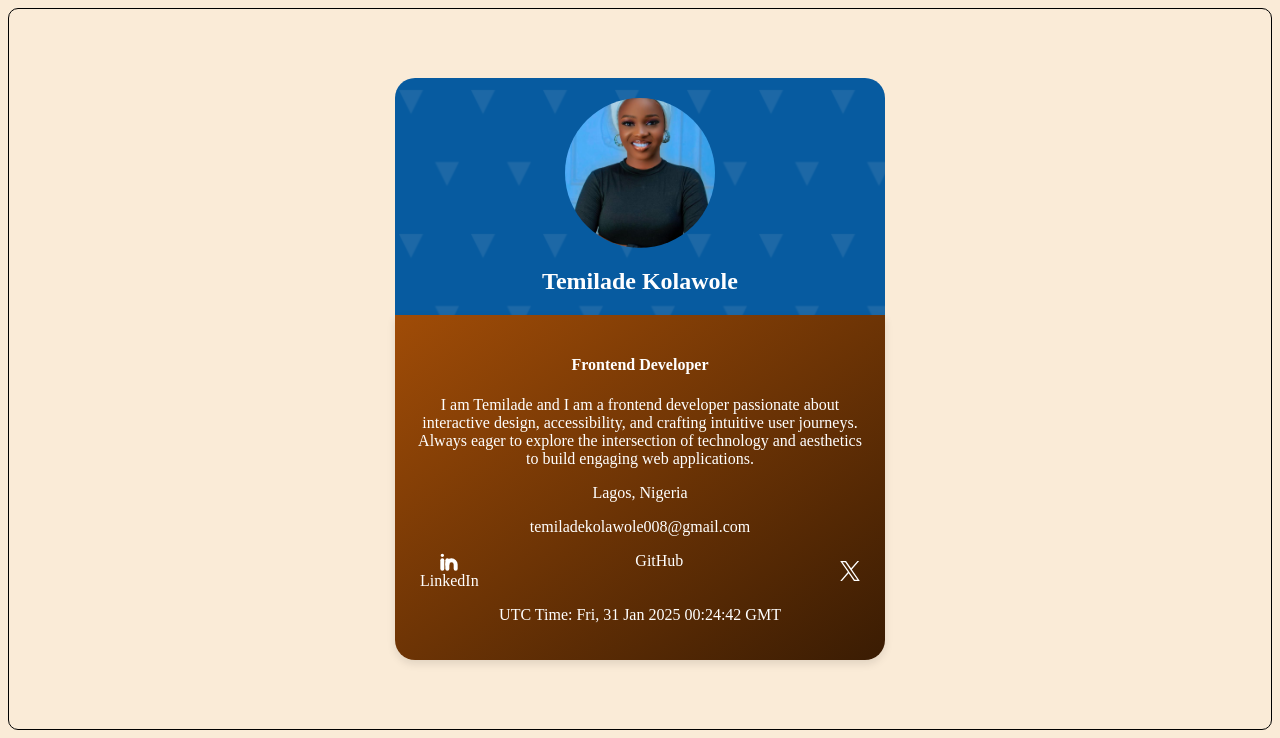
Repository: KolawoleTemilade/ticket-guarantor
Page: profilecard/index..html
An editor plug-in stored every save of this project. The page is shown before and after the next save, followed by the edit.
The browser window is 1280 px wide. The pictures show the whole page.

Above is the page before, as saved 2025-02-05 01:05:51.

After the next save:
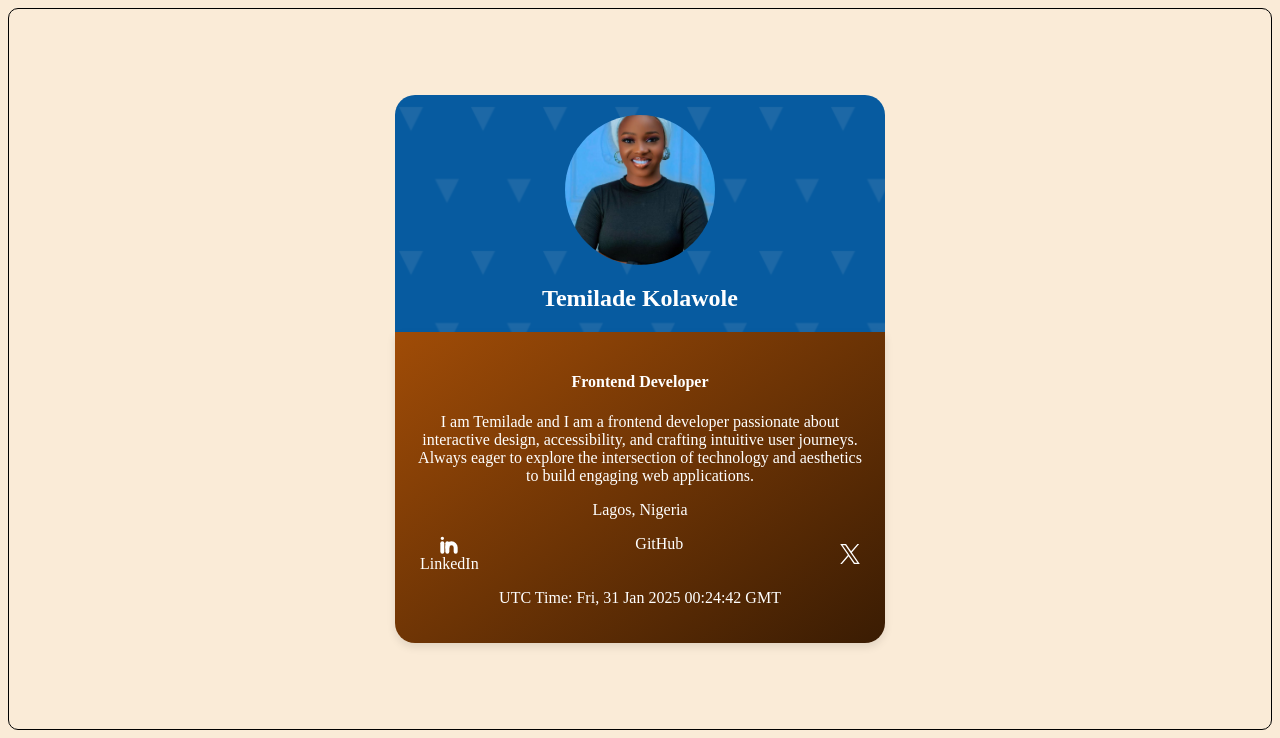
Saved 2 min 0 s later.
--- a/profilecard/index..html
+++ b/profilecard/index..html
@@ -20,11 +20,7 @@
             the intersection of technology and aesthetics to build engaging web applications.
         </p>
         <p data-testid="currentLocation">Lagos, Nigeria</p>
-        <p data-testid="emailAddress">
-            <a href="mailto:temiladekolawole008@gmail.com" target="_blank">
-                temiladekolawole008@gmail.com
-            </a>
-        </p>
+
         <div class="social-links" data-testid="socialLinks">
 
             <a href="https://linkedin.com/in/temiladekolawole13" target="_blank" class="socials"> <img src="./asset/linkedin.svg" alt="">LinkedIn</a>
